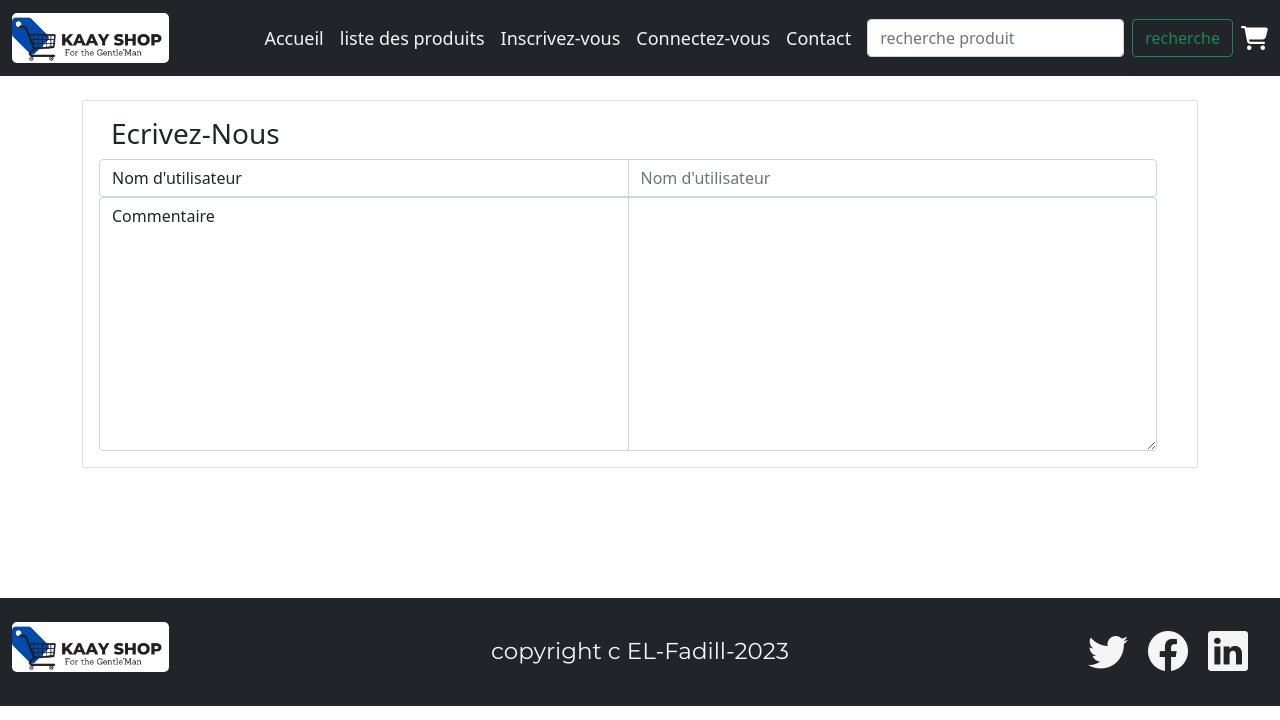
Repository: wadelfadill/Mini_projet_bootstrap_Site_vente_online
Page: contact.html
The author's editor kept a copy of each file at every save. The page is drawn from the files as they stood at one save, then again after the next save.
The browser window is 1280 px wide. The pictures show the whole page.
Some web libraries are served in a nearby version.

Above is the page before, as saved 2023-05-19 10:40:34.

After the next save:
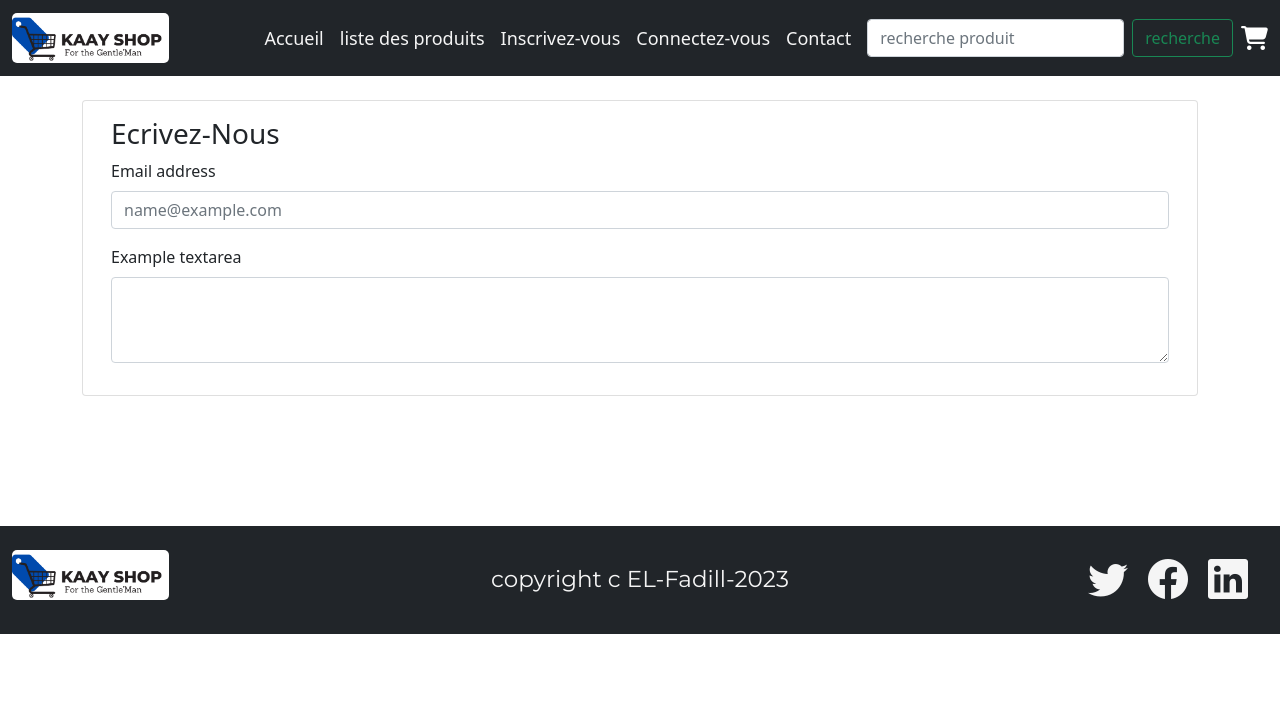
Saved 3 min 22 s later.
--- a/contact.html
+++ b/contact.html
@@ -71,13 +71,13 @@
               <div class="card-body">
                   <h3>Ecrivez-Nous</h3>
                   <form>
-                    <div class="input-group row">
-                      <label for="Nom" class="form-control">Nom d'utilisateur</label>
-                      <input type="text" class="form-control" placeholder="Nom d'utilisateur" id="nom">
+                    <div class="mb-3">
+                      <label for="exampleFormControlInput1" class="form-label">Email address</label>
+                      <input type="email" class="form-control" id="exampleFormControlInput1" placeholder="name@example.com">
                     </div>
-                    <div class="input-group row">
-                      <label for="Commentaire" class="form-control">Commentaire</label>
-                      <textarea name="Commentaire" id="Commentaire" cols="30" rows="10" class="form-control"></textarea>
+                    <div class="mb-3">
+                      <label for="exampleFormControlTextarea1" class="form-label">Example textarea</label>
+                      <textarea class="form-control" id="exampleFormControlTextarea1" rows="3"></textarea>
                     </div>
                   </form>
               </div>
